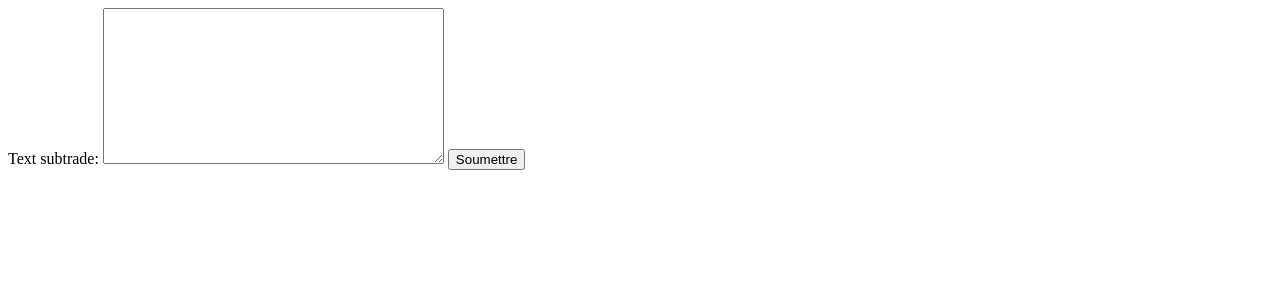
Repository: Dispasim/API2
Page: http://localhost/
The author's editor kept a copy of each file at every save. The page is drawn from the files as they stood at one save, then again after the next save.
The browser window is 1280 px wide. The pictures show the whole page.
The page is served by the project's application, run on Django 4.2 (manage.py). Other server files are loaded and not shown.

Above is the page before, as saved 2023-11-15 02:27:51.

### templates/projet/index.html




<!DOCTYPE html>
<html>
<head>
    <title>Boîtes de Dialogue</title>
    <style>
        /* Style pour que les textarea apparaissent les unes en dessous des autres */
        #boites-container {
            display: block;
            margin-bottom: 10px;
            width: 300px;
            height: 100px;
        }
    </style>
</head>
<body>
    <form action="/create_subtrade/" method = 'post'>
        {% csrf_token %}
        {{ form }}
        <input type="submit" value="Soumettre"></input>
    </form>


</body>
</html>

### projet/forms.py
from django import forms


class CreateSubtradeForm(forms.Form):
    text_subtrade = forms.CharField(max_length=100,widget=forms.Textarea(attrs={'class': 'boites-container'}))

### projet/views.py
from django.shortcuts import render
from .models import subtrade
from django.views import View
from .modele import modele
import requests
from django.urls import reverse
from django.http import HttpResponse
from .models import subtrade
from .forms import CreateSubtradeForm


modele = modele()










def test(request):
    return render(request,'projet/test.html')



def create_subtrade(request):
    if (request.method=='POST'):
        form = CreateSubtradeForm(request.POST)
        if (form.is_valid()):
            text = form.cleaned_data["text_subtrade"]
            subtrade_ =  subtrade(text_subtrade = text)
            subtrade_.save()
            return HttpResponse("Succès")
    form = CreateSubtradeForm()
    return render(request, "projet/index.html", {"form" : form})

### core/urls.py

from django.contrib import admin
from django.urls import path, include

urlpatterns = [
    path('admin/', admin.site.urls),
    path('',include('projet.urls', namespace='projet')),
    path('api/',include('projet_api.urls', namespace='projet_api'))
]

### projet/urls.py
from django.urls import path
from django.views.generic import TemplateView
from .views import test
from .views import create_subtrade

app_name = 'projet'

urlpatterns = [

    #path('test/',TemplateView.as_view(template_name="projet/test.html")),
    path("test/", test, name="index"),
    path('', create_subtrade, name='create_subtrade')

]

### projet_api/urls.py
from django.urls import path
from .views import OrderList, OrderDetail

app_name = 'projet_api'

urlpatterns = [
    path('<int:pk>/',OrderDetail.as_view(),name='detailcreate'),
    path('',OrderList.as_view(), name='listcreate')
]

After the next save:
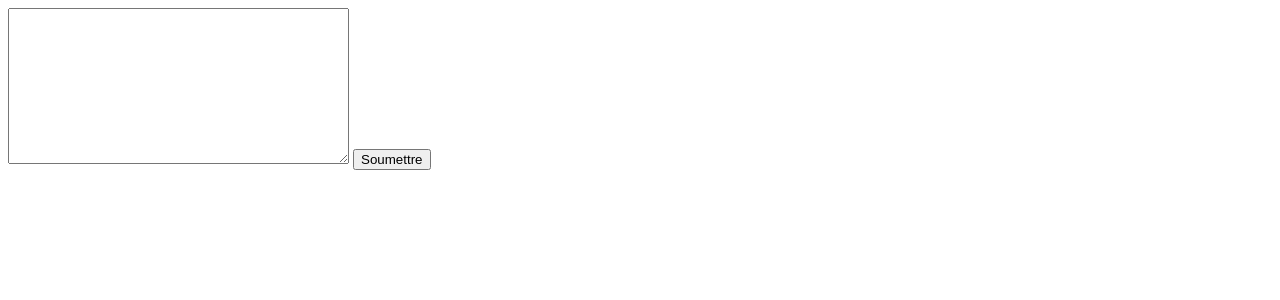
Saved 13 s later.
--- a/projet/forms.py
+++ b/projet/forms.py
@@ -2,4 +2,4 @@ from django import forms
 
 
 class CreateSubtradeForm(forms.Form):
-    text_subtrade = forms.CharField(max_length=100,widget=forms.Textarea(attrs={'class': 'boites-container'}))
+    text_subtrade = forms.CharField(label = "",max_length=100,widget=forms.Textarea(attrs={'class': 'boites-container'}))
